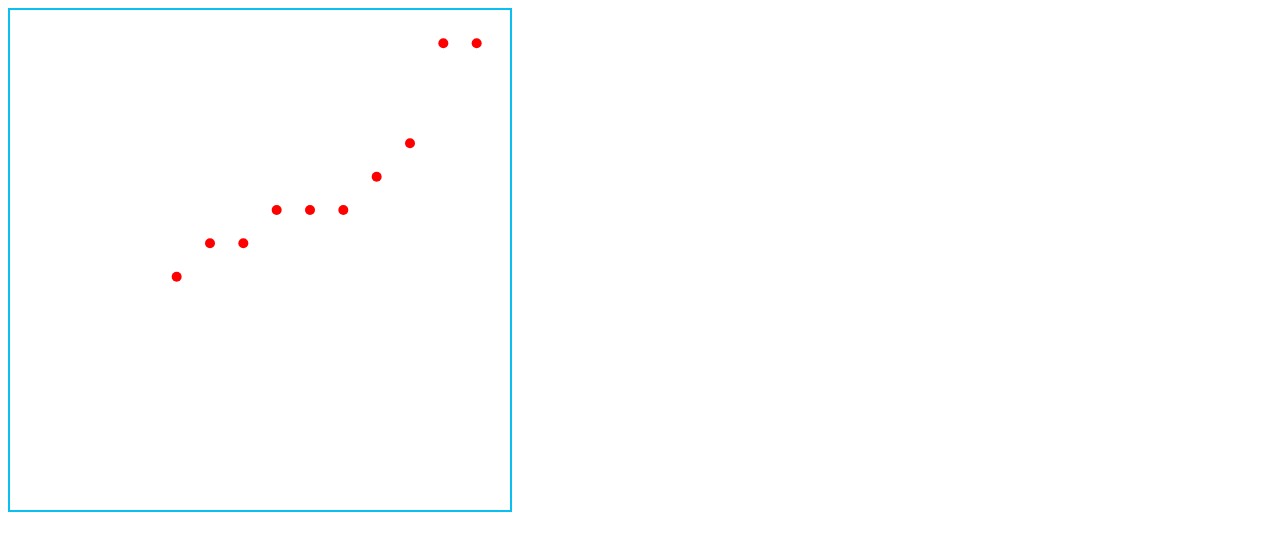
Repository: Jubair-Ahmed-Junjun/js-graphics
Page: Scatter Plots.html
These files come from the project's save history. The page is drawn as it stood at one moment and after the next save; the edit follows.
The browser window is 1280 px wide. The pictures show the whole page.

Above is the page before, as saved 2022-08-08 21:44:04.

After the next save:
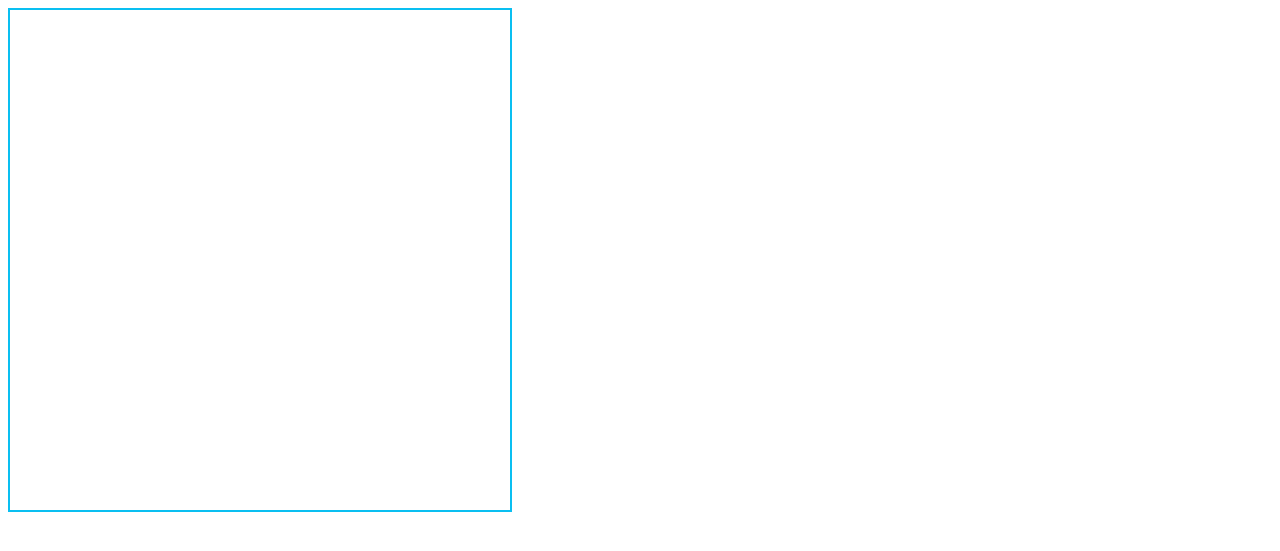
Saved 39 s later.
--- a/Scatter Plots.html
+++ b/Scatter Plots.html
@@ -10,7 +10,7 @@
 
 let xMax = canvas.height = canvas.width;
 let yMax = xMax;
-ctx.transform(1, 0, 0, -1, 0, xMax)
+ctx.transform(1, 2, 0, -1, 4, xMax)
 
 const xArray = [50,60,70,80,90,100,110,120,130,140,150];
 const yArray = [7,8,8,9,9,9,10,11,14,14,15];

After the save that followed:
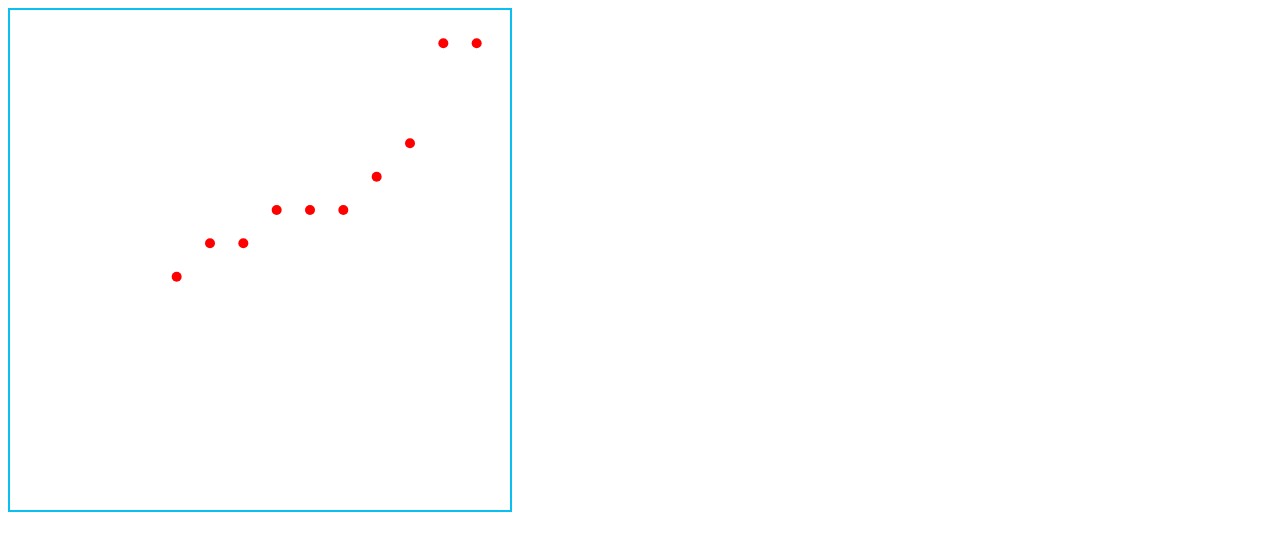
Saved 11 s later.
--- a/Scatter Plots.html
+++ b/Scatter Plots.html
@@ -10,7 +10,7 @@
 
 let xMax = canvas.height = canvas.width;
 let yMax = xMax;
-ctx.transform(1, 2, 0, -1, 4, xMax)
+ctx.transform(1, 0, 0, -1, 0, xMax)
 
 const xArray = [50,60,70,80,90,100,110,120,130,140,150];
 const yArray = [7,8,8,9,9,9,10,11,14,14,15];
